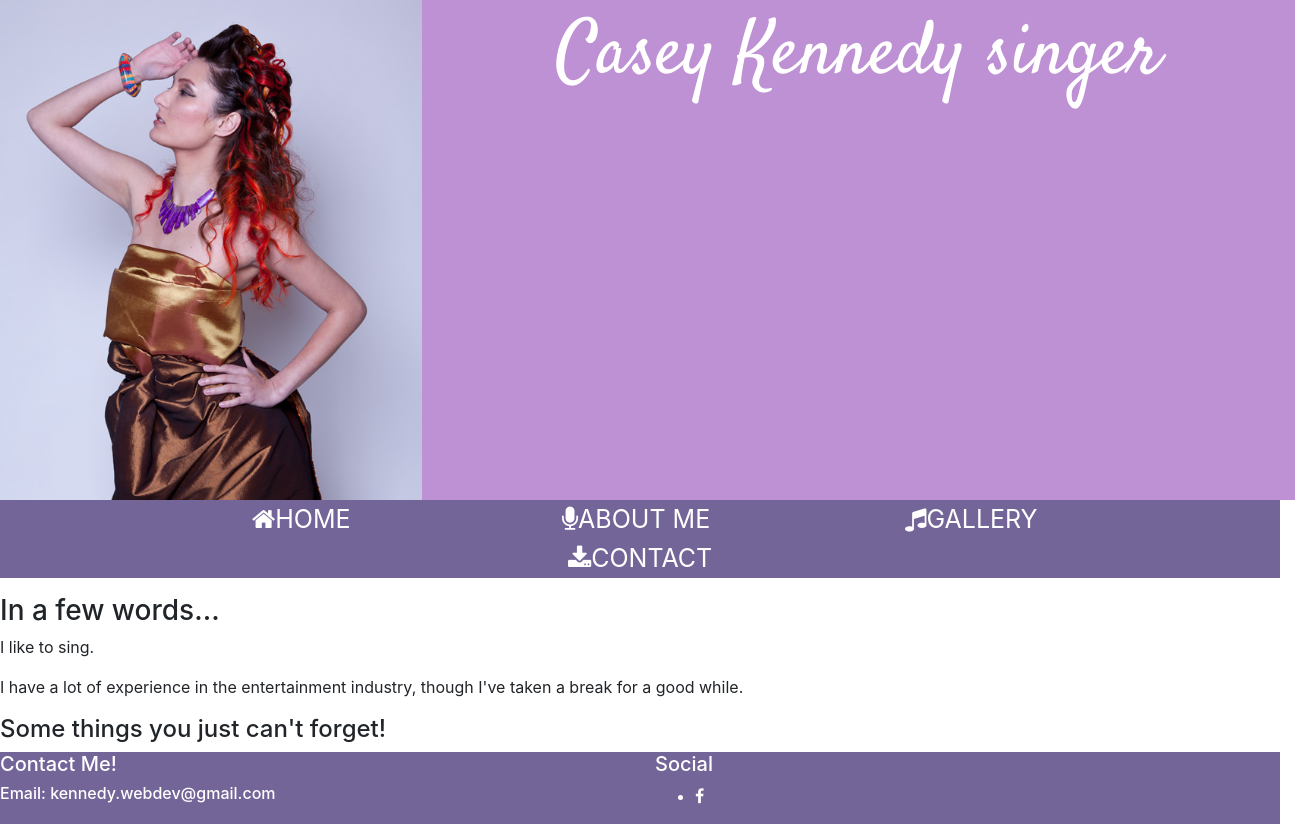
Repository: SheenaKennedy/Casey-Kennedy-s-Music-Page
Page: overview.html
The author's editor kept a record of every edit. The page is drawn from the files as they stood at one moment, then again after the next edit.
The browser window is 1280 px wide. The page is 1295 px wide, so the pictures cover 1295 px, including what lies to the right of the window. The pictures show the whole page.

Above is the page before.

After the next edit:
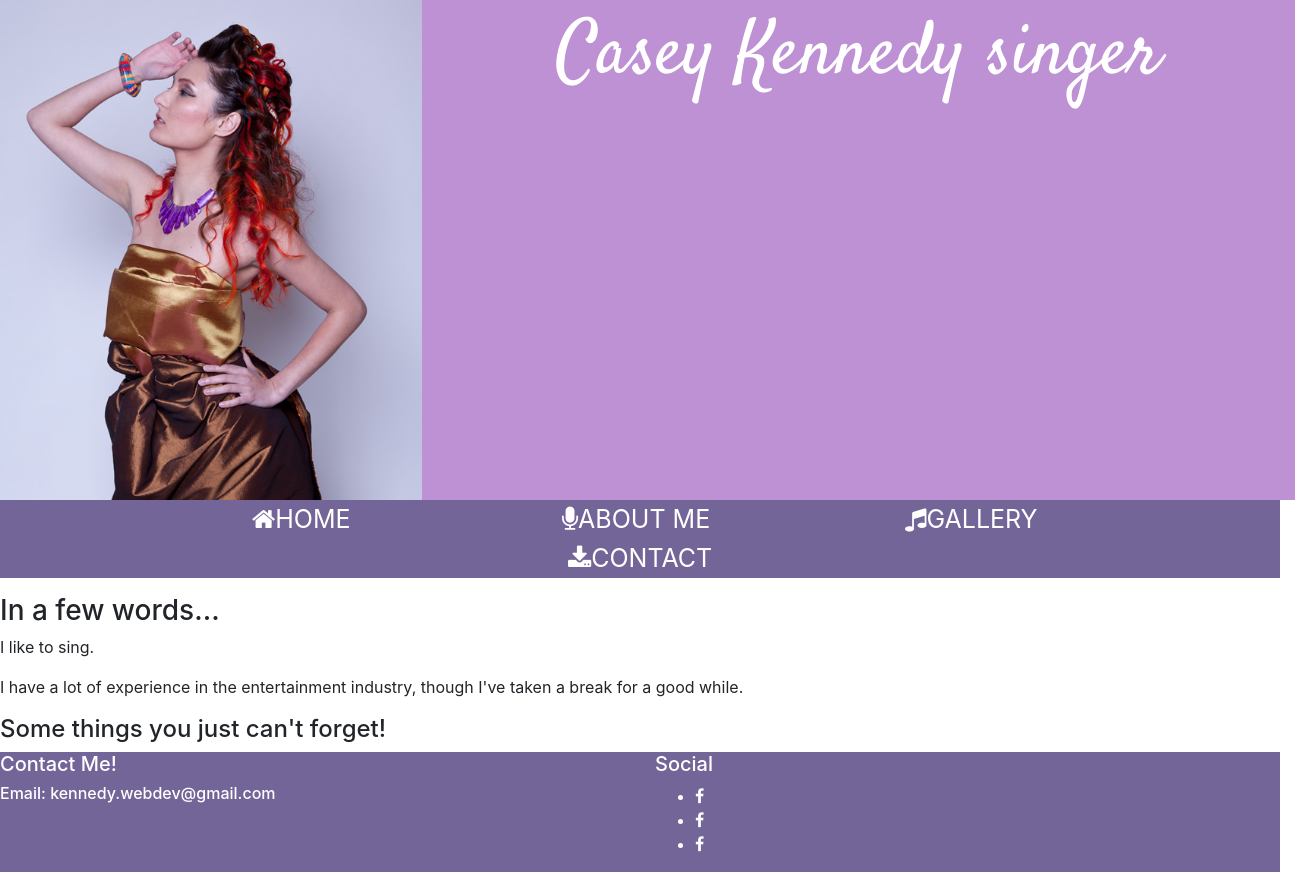
The edit:
--- a/overview.html
+++ b/overview.html
@@ -68,7 +68,21 @@
                         <a href="">
                         <i class="fa fa-facebook"></i>
                             <span class="sr-only">Facebook</span>
-                    </a>
+                        </a>
+                    </li>
+
+                    <li>
+                        <a href="">
+                        <i class="fa fa-facebook"></i>
+                            <span class="sr-only">Facebook</span>
+                        </a>
+                    </li>
+
+                    <li>
+                        <a href="">
+                        <i class="fa fa-facebook"></i>
+                            <span class="sr-only">Facebook</span>
+                        </a>
                     </li>
 
 
